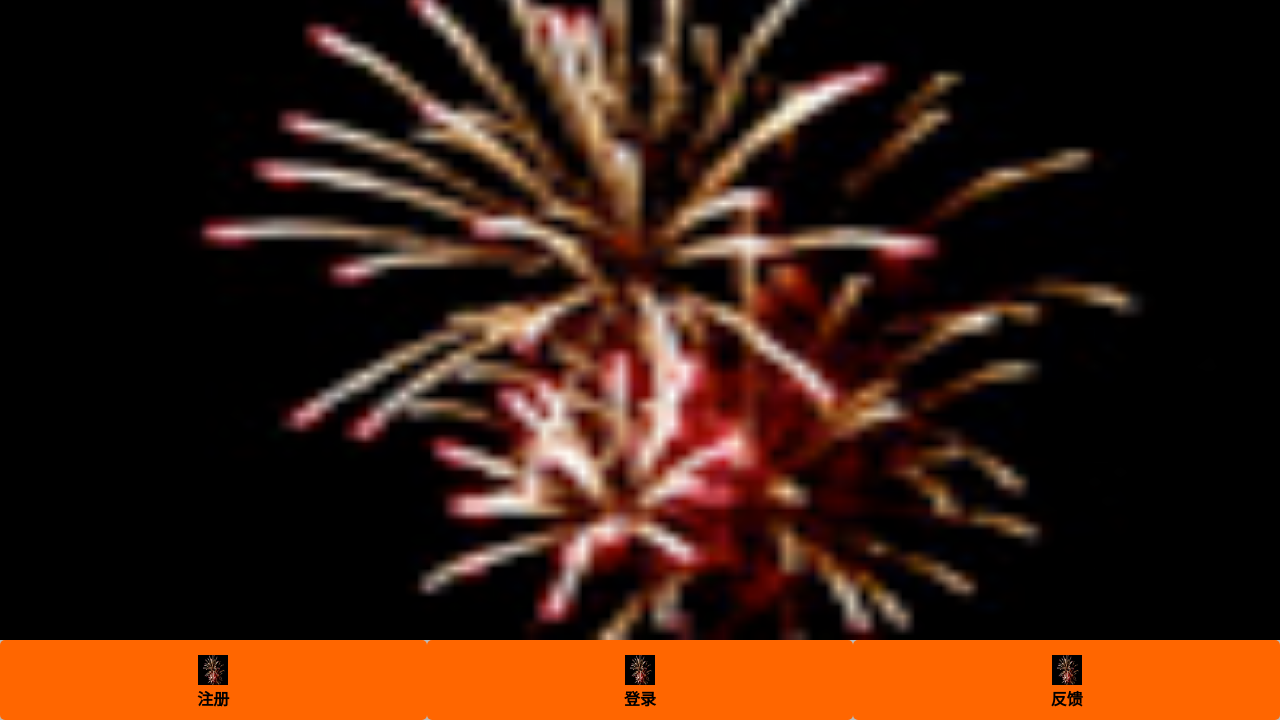
Repository: wangxinjun08231116/Html5Views
Page: WangXinJun/WebContent/htmls/QCF/shouye.html
The author's editor kept a copy of each file at every save. The page is drawn from the files as they stood at one save, then again after the next save.
The browser window is 1280 px wide. The pictures show the whole page.

Above is the page before, as saved 2015-01-21 09:20:58.

After the next save:
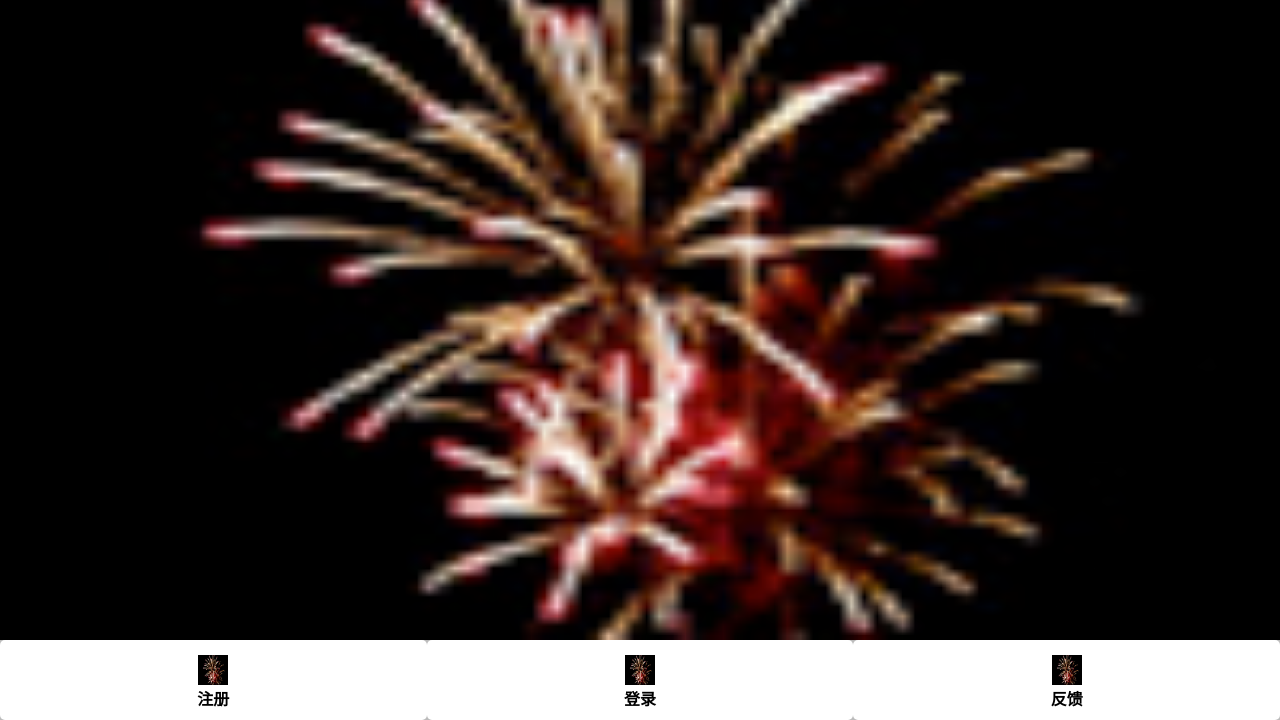
Saved 41 s later.
--- a/WangXinJun/WebContent/css/QCF/shouye.css
+++ b/WangXinJun/WebContent/css/QCF/shouye.css
@@ -31,7 +31,7 @@ body {height:100%;width:100%;
 
 .submit-div {
     height:80px;
-    background-color: #f60;
+    background-color: white;
     border-radius: 5px;
     color: #fff;
     font-size: 16px;
